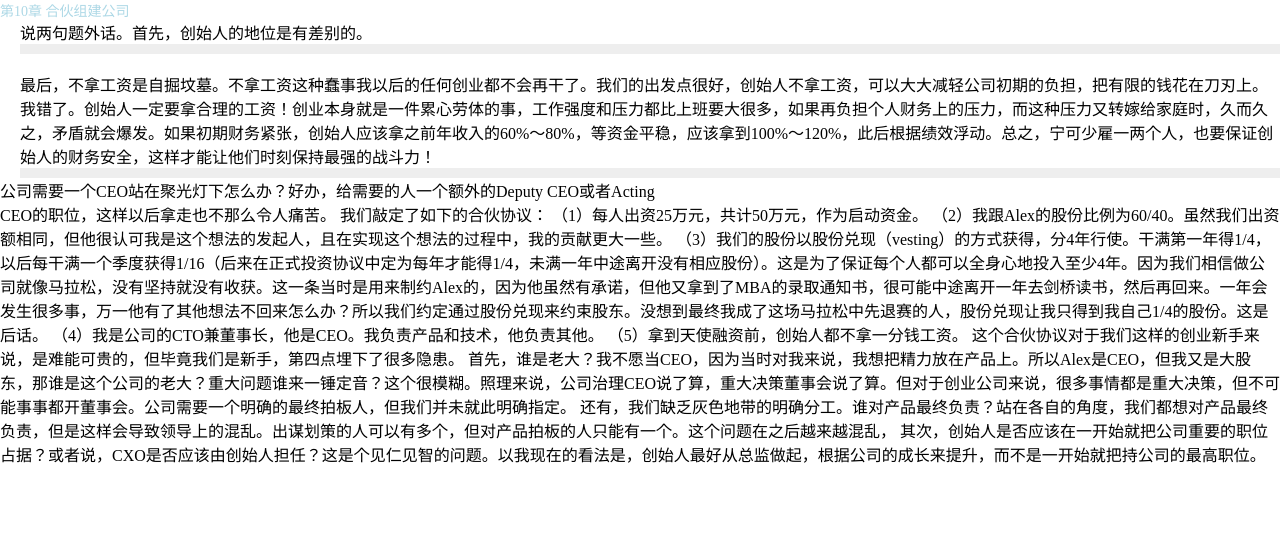
Repository: xudusheng/SSM
Page: SpringMVC/WebContent/HTML/first.html
These files come from the project's save history. The page is drawn as it stood at one moment and after the next save; the edit follows.
The browser window is 1280 px wide. The pictures show the whole page.

Above is the page before, as saved 2016-07-20 07:34:48.

### SpringMVC/WebContent/HTML/first.html
<!DOCTYPE html>
<html>
<head>
<meta charset="UTF-8">
<title>Insert title here</title>
<style type="text/css">
	*{ padding:0; margin:0; }
	.article-title{ color:lightblue; font-size:14px; }
	.content-line--grey{ border-bottom:10px solid #eee; margin-left:20px; }
</style>
</head>
<body>
	<p class='article-title'>第10章 合伙组建公司</p>
	<p class="content-line--grey">说两句题外话。首先，创始人的地位是有差别的。</p><br/>
	<p class="content-line--grey">最后，不拿工资是自掘坟墓。不拿工资这种蠢事我以后的任何创业都不会再干了。我们的出发点很好，创始人不拿工资，可以大大减轻公司初期的负担，把有限的钱花在刀刃上。我错了。创始人一定要拿合理的工资！创业本身就是一件累心劳体的事，工作强度和压力都比上班要大很多，如果再负担个人财务上的压力，而这种压力又转嫁给家庭时，久而久之，矛盾就会爆发。如果初期财务紧张，创始人应该拿之前年收入的60%～80%，等资金平稳，应该拿到100%～120%，此后根据绩效浮动。总之，宁可少雇一两个人，也要保证创始人的财务安全，这样才能让他们时刻保持最强的战斗力！</p>
	公司需要一个CEO站在聚光灯下怎么办？好办，给需要的人一个额外的Deputy CEO或者Acting
	<br/>
	CEO的职位，这样以后拿走也不那么令人痛苦。 我们敲定了如下的合伙协议： （1）每人出资25万元，共计50万元，作为启动资金。
	（2）我跟Alex的股份比例为60/40。虽然我们出资额相同，但他很认可我是这个想法的发起人，且在实现这个想法的过程中，我的贡献更大一些。
	（3）我们的股份以股份兑现（vesting）的方式获得，分4年行使。干满第一年得1/4，以后每干满一个季度获得1/16（后来在正式投资协议中定为每年才能得1/4，未满一年中途离开没有相应股份）。这是为了保证每个人都可以全身心地投入至少4年。因为我们相信做公司就像马拉松，没有坚持就没有收获。这一条当时是用来制约Alex的，因为他虽然有承诺，但他又拿到了MBA的录取通知书，很可能中途离开一年去剑桥读书，然后再回来。一年会发生很多事，万一他有了其他想法不回来怎么办？所以我们约定通过股份兑现来约束股东。没想到最终我成了这场马拉松中先退赛的人，股份兑现让我只得到我自己1/4的股份。这是后话。
	（4）我是公司的CTO兼董事长，他是CEO。我负责产品和技术，他负责其他。 （5）拿到天使融资前，创始人都不拿一分钱工资。
	这个合伙协议对于我们这样的创业新手来说，是难能可贵的，但毕竟我们是新手，第四点埋下了很多隐患。
	首先，谁是老大？我不愿当CEO，因为当时对我来说，我想把精力放在产品上。所以Alex是CEO，但我又是大股东，那谁是这个公司的老大？重大问题谁来一锤定音？这个很模糊。照理来说，公司治理CEO说了算，重大决策董事会说了算。但对于创业公司来说，很多事情都是重大决策，但不可能事事都开董事会。公司需要一个明确的最终拍板人，但我们并未就此明确指定。
	还有，我们缺乏灰色地带的明确分工。谁对产品最终负责？站在各自的角度，我们都想对产品最终负责，但是这样会导致领导上的混乱。出谋划策的人可以有多个，但对产品拍板的人只能有一个。这个问题在之后越来越混乱，
	其次，创始人是否应该在一开始就把公司重要的职位占据？或者说，CXO是否应该由创始人担任？这是个见仁见智的问题。以我现在的看法是，创始人最好从总监做起，根据公司的成长来提升，而不是一开始就把持公司的最高职位。

</body>
</html>

After the next save:
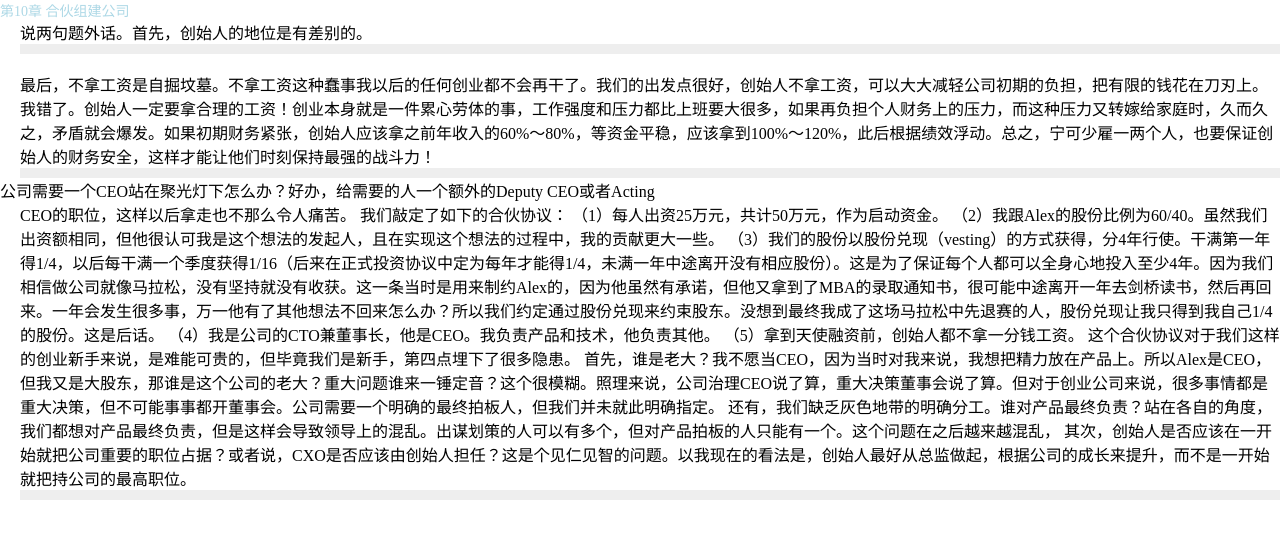
Saved 107 s later.
--- a/SpringMVC/WebContent/HTML/first.html
+++ b/SpringMVC/WebContent/HTML/first.html
@@ -15,6 +15,7 @@
 	<p class="content-line--grey">最后，不拿工资是自掘坟墓。不拿工资这种蠢事我以后的任何创业都不会再干了。我们的出发点很好，创始人不拿工资，可以大大减轻公司初期的负担，把有限的钱花在刀刃上。我错了。创始人一定要拿合理的工资！创业本身就是一件累心劳体的事，工作强度和压力都比上班要大很多，如果再负担个人财务上的压力，而这种压力又转嫁给家庭时，久而久之，矛盾就会爆发。如果初期财务紧张，创始人应该拿之前年收入的60%～80%，等资金平稳，应该拿到100%～120%，此后根据绩效浮动。总之，宁可少雇一两个人，也要保证创始人的财务安全，这样才能让他们时刻保持最强的战斗力！</p>
 	公司需要一个CEO站在聚光灯下怎么办？好办，给需要的人一个额外的Deputy CEO或者Acting
 	<br/>
+	<p class="content-line--grey">
 	CEO的职位，这样以后拿走也不那么令人痛苦。 我们敲定了如下的合伙协议： （1）每人出资25万元，共计50万元，作为启动资金。
 	（2）我跟Alex的股份比例为60/40。虽然我们出资额相同，但他很认可我是这个想法的发起人，且在实现这个想法的过程中，我的贡献更大一些。
 	（3）我们的股份以股份兑现（vesting）的方式获得，分4年行使。干满第一年得1/4，以后每干满一个季度获得1/16（后来在正式投资协议中定为每年才能得1/4，未满一年中途离开没有相应股份）。这是为了保证每个人都可以全身心地投入至少4年。因为我们相信做公司就像马拉松，没有坚持就没有收获。这一条当时是用来制约Alex的，因为他虽然有承诺，但他又拿到了MBA的录取通知书，很可能中途离开一年去剑桥读书，然后再回来。一年会发生很多事，万一他有了其他想法不回来怎么办？所以我们约定通过股份兑现来约束股东。没想到最终我成了这场马拉松中先退赛的人，股份兑现让我只得到我自己1/4的股份。这是后话。
@@ -23,6 +24,6 @@
 	首先，谁是老大？我不愿当CEO，因为当时对我来说，我想把精力放在产品上。所以Alex是CEO，但我又是大股东，那谁是这个公司的老大？重大问题谁来一锤定音？这个很模糊。照理来说，公司治理CEO说了算，重大决策董事会说了算。但对于创业公司来说，很多事情都是重大决策，但不可能事事都开董事会。公司需要一个明确的最终拍板人，但我们并未就此明确指定。
 	还有，我们缺乏灰色地带的明确分工。谁对产品最终负责？站在各自的角度，我们都想对产品最终负责，但是这样会导致领导上的混乱。出谋划策的人可以有多个，但对产品拍板的人只能有一个。这个问题在之后越来越混乱，
 	其次，创始人是否应该在一开始就把公司重要的职位占据？或者说，CXO是否应该由创始人担任？这是个见仁见智的问题。以我现在的看法是，创始人最好从总监做起，根据公司的成长来提升，而不是一开始就把持公司的最高职位。
-
+	</p>
 </body>
 </html>
